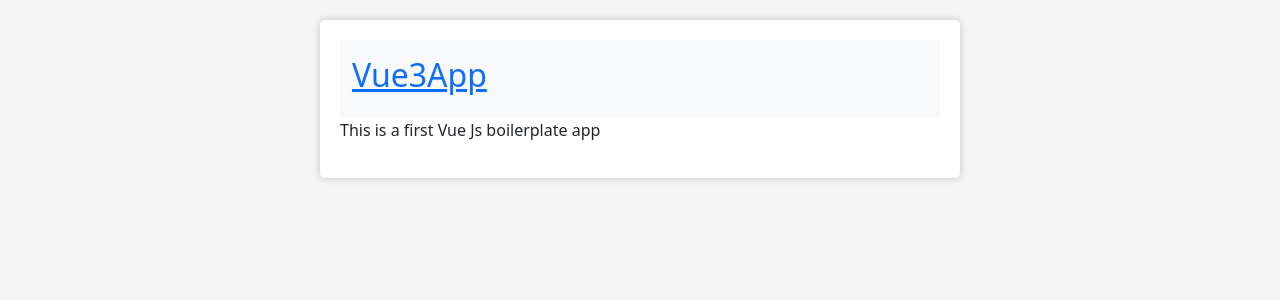
Repository: feyroozecode/intro-vue3-app
Page: index.html
The author's editor kept a copy of each file at every save. The page is drawn from the files as they stood at one save, then again after a run of saves.
The browser window is 1280 px wide. The pictures show the whole page.

Above is the page before, as saved 2023-08-14 08:44:21.

### index.html
<!DOCTYPE html>
<html lang="en">
<head>
    <meta charset="UTF-8">
    <meta name="viewport" content="width=device-width, initial-scale=1.0">
    <title>VueJs 3</title>
    <link href="https://cdn.jsdelivr.net/npm/bootstrap@5.3.1/dist/css/bootstrap.min.css" rel="stylesheet" />
    <script src="https://unpkg.com/vue@3/dist/vue.global.js"></script>
</head>

<style>
    body {
        background-color: #f5f5f5;
        margin: 10;
    }
    #app {
        background-color: #fff;
        border-radius: 5px;
        padding: 20px;
        margin: 20px auto;
        width: 50%;
        box-shadow: 0 0 10px rgba(0,0,0,0.2);
    }
</style>

<body>

    <div id="app">
        <nav class="navbar navbar-expand-lg navbar-light bg-light">
            <div class="container-fluid">
                <a href="#" class="navbar brand"> <h2> {{ title }} </h2> </a>
                <ul class="navbar-nav me-auto mb-2 mb-lg-0 ml-5">
                   <li v-for="link in links">

                   </li>

                </ul>
            </div>
        </nav>

        <p> {{ message }} </p>

    </div>

    <script>
        const { createApp, ref } = Vue;

        const App = createApp({
            setup() {
                const title = ref('Hello World');
                return {
                    title: "Vue3App",
                    message: "This is a first Vue Js boilerplate app",
                    links : ['Home', 'Services', 'About', 'Contact']
                }
            }

        });
        App.mount('#app');
    </script>

</body>


</html>

After the next 3 saves:
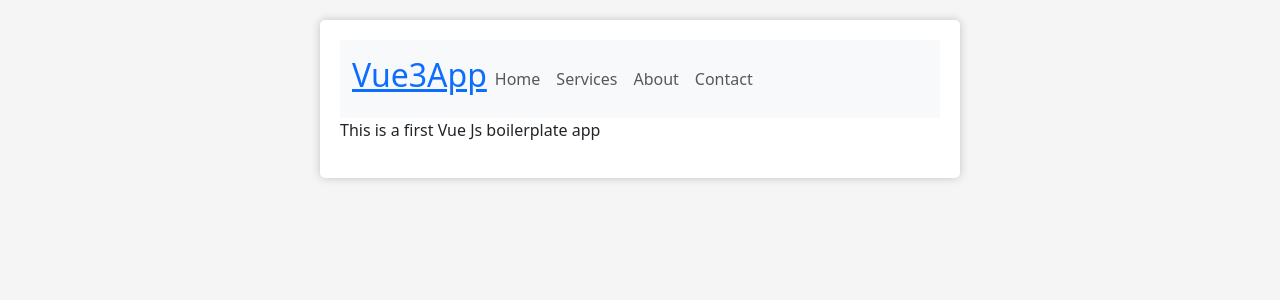
The 3 saves are shown as one change because they came seconds apart.
The last was saved 20 s later.
--- a/index.html
+++ b/index.html
@@ -31,7 +31,7 @@
                 <a href="#" class="navbar brand"> <h2> {{ title }} </h2> </a>
                 <ul class="navbar-nav me-auto mb-2 mb-lg-0 ml-5">
                    <li v-for="link in links">
-
+                    <a class="nav-link" aria-current="page" href="#"> {{ link }} </a>
                    </li>
 
                 </ul>
